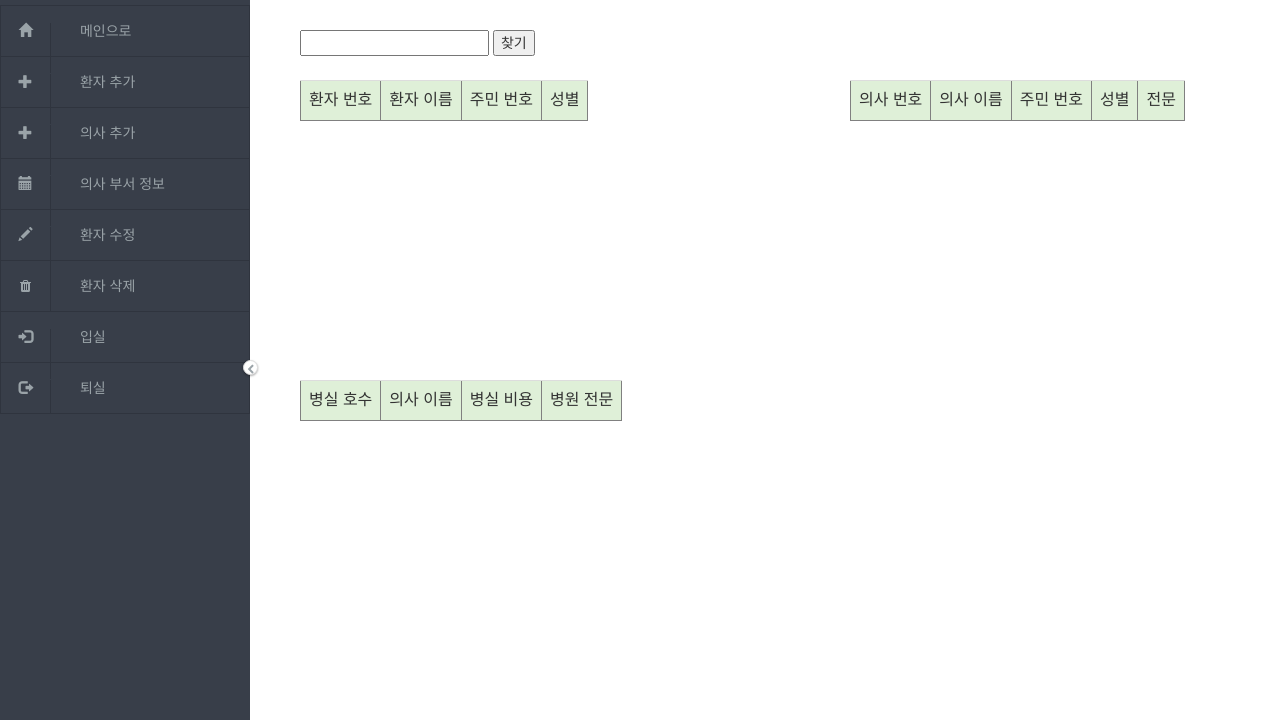
Repository: qaws1134/Hospital_manager
Page: http://localhost/project/main.jsp
The author's editor kept a copy of each file at every save. The page is drawn from the files as they stood at one save, then again after the next save.
The browser window is 1280 px wide. The pictures show the whole page.
Some web libraries are served in a nearby version. The page is served by Tomcat 9. The template is opened directly, without the code that normally fills it, so the values that code supplies are empty.

Above is the page before, as saved 2017-12-09 16:47:02.
Console error (its wording comes from the project's code and is left out).

After the next save:
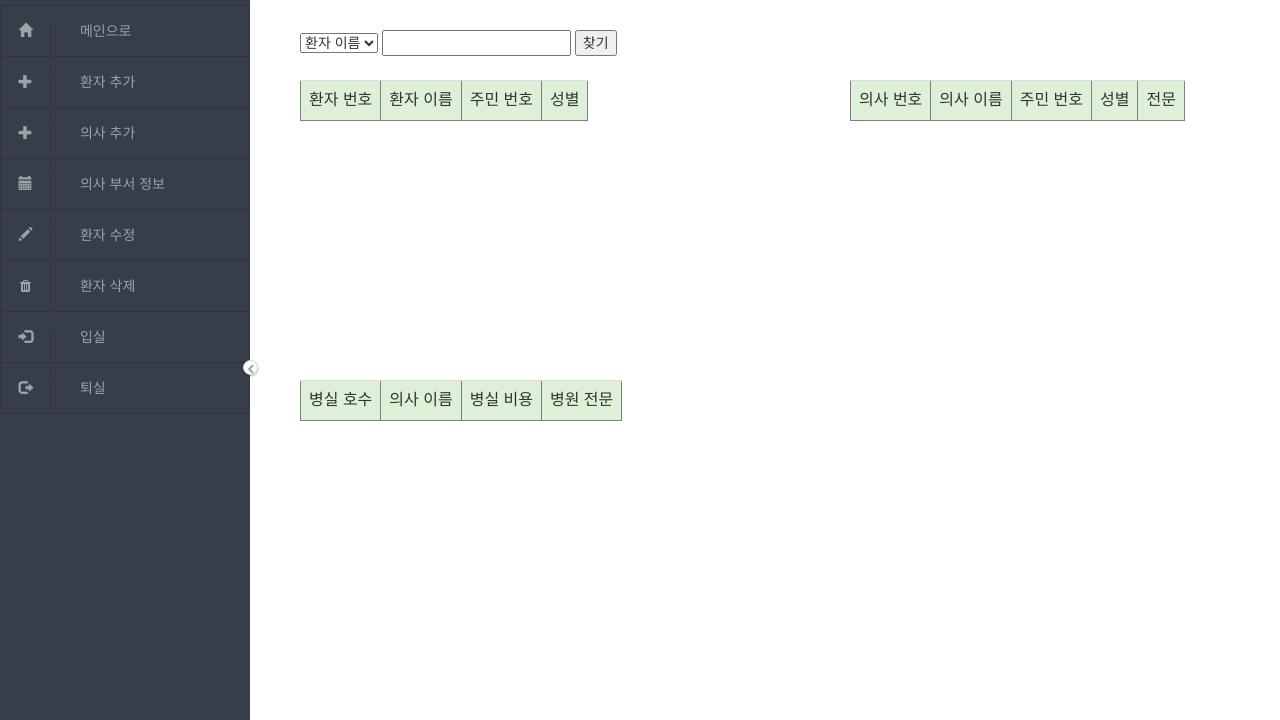
Saved 38 s later.
--- a/project/WebContent/main.jsp
+++ b/project/WebContent/main.jsp
@@ -208,17 +208,12 @@ nav ul li a span {
 </nav>
 <section style="position:absolute; top:30px;left:300px">
 <form action="search.do">
-
-
-	 <div class="input-group-btn">
-
-
-	     <ul class="dropdown-menu" role="menu" name ="searchName">
-          <li><a href="#">환자 이름</a></li>
-          <li><a href="#">의사 이름</a></li>
-  		 <li><a href="#">병원 종류</a></li>
-        </ul>
-  	</div>
+	<select name ="searchName"size ="1">
+		<option value="p_name">환자 이름</option>
+		<option value="d_name">의사 이름</option>
+		<option value="d_cls">병원 종류</option>
+	</select>
+
 	<input type="text" name="searchValue"  >
 	<input type="submit"  value="찾기">
 </form>
